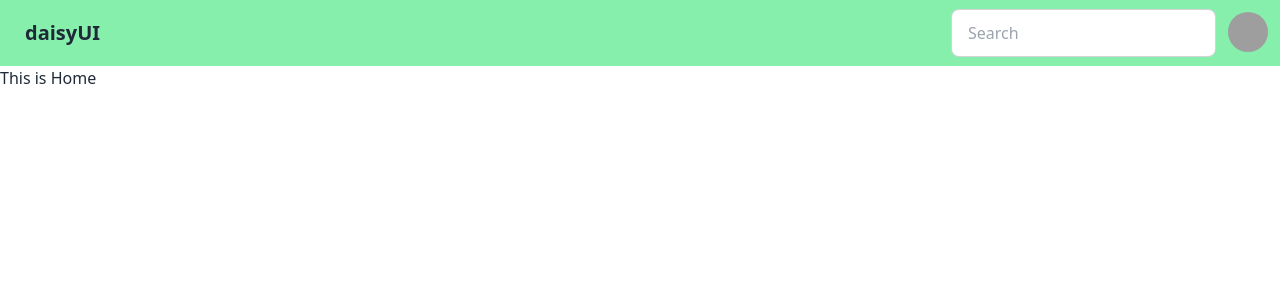
Repository: mohamedk98/Sparrow
Page: / (app in client/)
These files come from the project's save history. The page is drawn as it stood at one moment and after the next save; the edit follows.
The browser window is 1280 px wide. The pictures show the whole page.
Pictures or frames that could not be fetched are drawn as grey boxes. The project was rebuilt for these pictures with package versions that can differ from the ones it lists, and the page was loaded fresh each time. Also part of the build but not shown: client/src/App.css, client/src/pages/Login.js.

Above is the page before, as saved 2022-06-27 13:56:44.

### client/src/index.js
import React from "react";
import ReactDOM from "react-dom/client";
import "./index.css";
import App from "./App";
import { Provider } from "react-redux";
import { store } from "./store/store";
const root = ReactDOM.createRoot(document.getElementById("root"));
root.render(
  <Provider store={store}>
    <App />
  </Provider>
);

### client/src/App.js
import React from "react";
import "./App.css";
import { BrowserRouter, Routes, Route } from "react-router-dom";
import Home from "./pages/Home";
import Login from "./pages/Login";
import Header from "./components/Header";

function App() {
  return (
    <BrowserRouter>
      <Header/>
      <Routes>
        <Route path="/" element={<Home />} />
        <Route path="/login" element={<Login />} />
      </Routes>
    </BrowserRouter>
  );
}

export default App;

### client/src/store/store.js
import { configureStore } from '@reduxjs/toolkit'
import userReducer from "./slicers/user"
export const store = configureStore({
  reducer: {user:userReducer},
})

### client/src/pages/Home.js
import React, { useState } from "react";
import axios from "axios";
import { useNavigate } from "react-router-dom";
import Header from "../components/Header";
function Home(props) {
  const [requestData, setRequestData] = useState("No Data....");
  // const navigate = useNavigate()
  const getData = () => {
    axios.get("http://localhost:4000").then((response) => {
      setRequestData(response.data);

    });
  };
  return (
<>
<h1>This is Home</h1>
</>
  );
}

export default Home;

### client/src/components/Header.js
import React from "react";
import { useDispatch, useSelector } from "react-redux";
import { Link } from "react-router-dom";

function Header() {
  const authState = useSelector((state) => state.user.auth);
  const dispatch = useDispatch();
  console.log(authState)
  return (
    <div className="navbar bg-green-300">
      <div className="flex-1">
        <Link className="btn btn-ghost normal-case text-xl" to={"/"} >daisyUI</Link>
      </div>
      <div className="flex-none gap-2">
        <div className="form-control">
          <input
            type="text"
            placeholder="Search"
            className="input input-bordered"
          />
        </div>
        <div className="dropdown dropdown-end">
          <label tabIndex="0" className="btn btn-ghost btn-circle avatar">
            <div className="w-10 rounded-full">
              <img src="https://api.lorem.space/image/face?hash=33791" />
            </div>
          </label>
          <ul
            tabIndex="0"
            className="mt-3 p-2 shadow menu menu-compact dropdown-content bg-base-100 rounded-box w-52"
          >
            <li>
              <a className="justify-between">
                Profile
                <span className="badge">New</span>
              </a>
            </li>
            <li>
              <a>Settings</a>
            </li>
            <li>
              <a>Logout</a>
            </li>
          </ul>
        </div>
      </div>
    </div>
  );
}

export default Header;

### client/src/store/slicers/user.js
import { createSlice } from "@reduxjs/toolkit";

const initialState = {
  auth: {},
};

export const userSlice = createSlice({
  name: "user",
  initialState,
  reducers: {
    addAuth: (state, action) => {
      state.auth = { ...action.payload };
      localStorage.setItem("userId", state.auth.userId);
      localStorage.setItem("username", state.auth.username);
      localStorage.setItem("email", state.auth.email);
    },
    removeAuth: (state) => {
      state.auth = {};
      localStorage.clear();
    },
    autoLogin: (state, payload) => {
      let existingUserId = localStorage.getItem("userId");
      let existingUsername = localStorage.getItem("username");
      let existingEmail = localStorage.getItem("email");
      if (existingEmail && existingUserId && existingUsername) {
        console.log("user already logged in");
      }
    },
  },
});

// Action creators are generated for each case reducer function
export const { addAuth } = userSlice.actions;

export default userSlice.reducer;

Loaded but not shown: client/public/index.html (common file); client/src/index.css (common file); client/tailwind.config.js (common file)

After the next save:
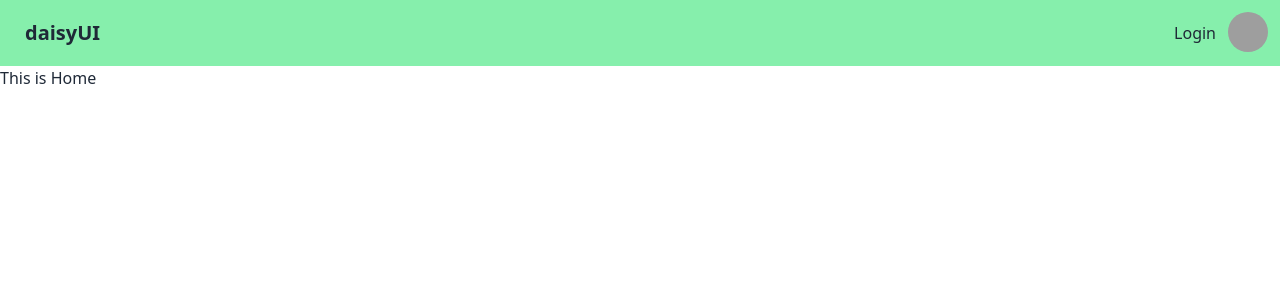
Saved 43 s later.
--- a/client/src/components/Header.js
+++ b/client/src/components/Header.js
@@ -13,11 +13,7 @@ function Header() {
       </div>
       <div className="flex-none gap-2">
         <div className="form-control">
-          <input
-            type="text"
-            placeholder="Search"
-            className="input input-bordered"
-          />
+      <h1>Login</h1>
         </div>
         <div className="dropdown dropdown-end">
           <label tabIndex="0" className="btn btn-ghost btn-circle avatar">
